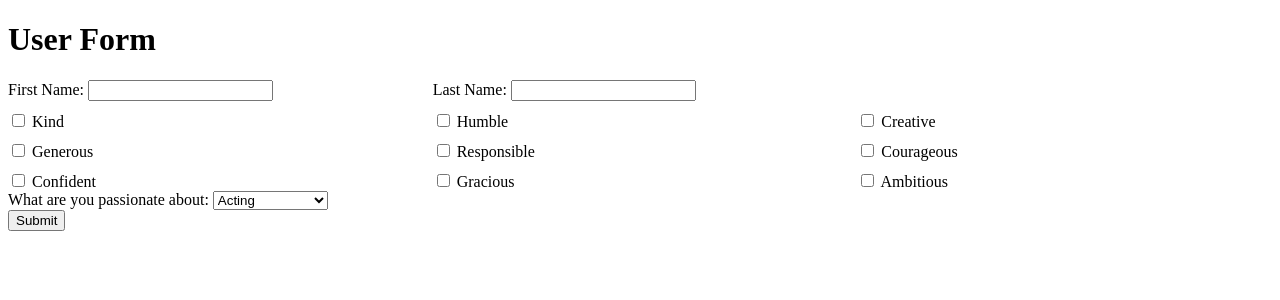
Repository: Chadloswald/Dis-Service
Page: docs/index.html
The author's editor kept a copy of each file at every save. The page is drawn from the files as they stood at one save, then again after the next save.
The browser window is 1280 px wide. The pictures show the whole page.

Above is the page before, as saved 2023-05-01 21:24:58.

### docs/index.html
<!DOCTYPE html>
<html>
<head>
	<title>Dis-Service</title>
	<link rel="stylesheet" type="text/css" href="styles.css">
	<script src="scripts.js"></script>
</head>
<body>
	<h1>User Form</h1>

	<form>
	<div id="checkbox-grid">
		<label>
			First Name:
			<input type="text" name="firstname" id="firstname">
		</label>
		<label>
			Last Name:
			<input type="text" name="lastname" id="lastname">
		</label>
		<br>
		<!-- ----------------------------------------- -->
		<label>
			<input type="checkbox" name="option1" value="cruel">
			Kind
		</label>
		<label>
			<input type="checkbox" name="option2" value="arrogant">
			Humble
		</label>
		<label>
			<input type="checkbox" name="option3" value="mundane">
			Creative
		</label>
		<label>
			<input type="checkbox" name="option4" value="greedy">
			Generous
		</label>
		<label>
			<input type="checkbox" name="option5" value="irressponsible">
			Responsible
		</label>
		<label>
			<input type="checkbox" name="option6" value="cowardly">
			Courageous
		</label>
		<label>
			<input type="checkbox" name="option7"value="insecure">
			Confident
		</label>
		<label>
			<input type="checkbox" name="option8" value="ungrateful">
			Gracious
		</label>
		<label>
			<input type="checkbox" name="option9" value="apathetic">
			Ambitious
		</label>
	</div>
		<!-- ------------------------------------------------- -->
		<label>
			What are you passionate about:
			<select id="dropdown">
				<option value="you on stage makes Kristen Stewart's performance in Twilight look Oscar worthy">Acting</option>
				<option value="we checked your chart and your big three are all in ugly">Astrology</option>
				<option value="the next time you get our your telescope I'm going to shine a flashlight right down the tube">Astronomy</option>
				<option value="that bottom is so soggy that Paul Hollywood would never shake your hand">Baking</option>
				<option value="I'm sure your 12 followers are just riveted">Blogging</option>
				<option value="option5">Calligraphy</option>
				<option value="option6">Ceramics</option>
				<option value="option7">Chess</option>
				<option value="option8">Collecting</option>
				<option value="it's called salt! Try using it sometime">Cooking</option>
				<option value="option10">Dancing</option>
				<option value="option10">Drawing</option>
				<option value="option10">Film-making</option>
				<option value="option10">Gardening</option>
				<option value="option10">Hiking</option>
				<option value="option10">Jewelry-making</option>
				<option value="option10">Knitting</option>
				<option value="option10">Meditation</option>
				<option value="option10">Music</option>
				<option value="option10">Painting</option>
				<option value="option10">Photography</option>
				<option value="option10">Playing sports</option>
				<option value="option10">Pottery</option>
				<option value="option10">Reading</option>
				<option value="option10">Running</option>
				<option value="option10">Singing</option>
				<option value="option10">Traveling</option>
				<option value="option10">Volunteering</option>
				<option value="option10">Woodworking</option>
				<option value="option10">Writing</option>
				<option value="option10">Yoga</option>
			</select>
		</label>
		<input type="submit" value="Submit" onclick="displayMessage()">
	</form>
</body>
</html>

### docs/styles.css
label {
	display: block;
}

#checkbox-grid {
	display: grid;
	grid-template-columns: repeat(3, 1fr);
	grid-gap: 10px;
  }

  #checkbox-grid label {
	display: block;
  }

### docs/scripts.js
function displayMessage() {
	// get the values of the input fields
	var firstname = document.getElementById("firstname").value;
	var lastname = document.getElementById("lastname").value;

	// get the values of the selected checkboxes
	var checkboxes = document.querySelectorAll('input[type="checkbox"]:checked');
	var selected = [];
	for (var i = 0; i < checkboxes.length; i++) {
		selected.push(checkboxes[i].value);
	}

	// get the value of the selected option in the dropdown menu
	var dropdown = document.getElementById("dropdown");
	var selectedOption = dropdown.options[dropdown.selectedIndex].value;

	// create an array of names
	var names = ["Smellward", "Poopington", "Fartsman", "Cheesewick", "McLoser", "Hoobitoob", "Cramsworth", "Plooperbum", "Frimblebim", "Feebrizz"];

	// randomly select two names from the array
	var randomIndex1 = Math.floor(Math.random() * names.length);
	var randomIndex2 = Math.floor(Math.random() * names.length);
	while (randomIndex1 === randomIndex2) {
		randomIndex2 = Math.floor(Math.random() * names.length);
	}
	var randomName1 = names[randomIndex1];
	var randomName2 = names[randomIndex2];

	// construct the message
	var message = "Hey " + firstname + " " + lastname + "! Here's a message to cheer you up! You are an " + selected.join(", ") + " little jerk, and " + selectedOption + ". \nYou have lost the right to use the name " + firstname + " " + lastname + ", you nerd. You will be henceforth known as " + randomName1 + " " + randomName2 + ". May shame follow your family for 1000 years.";

	// display the message in an alert box
	alert(message);
}

After the next save:
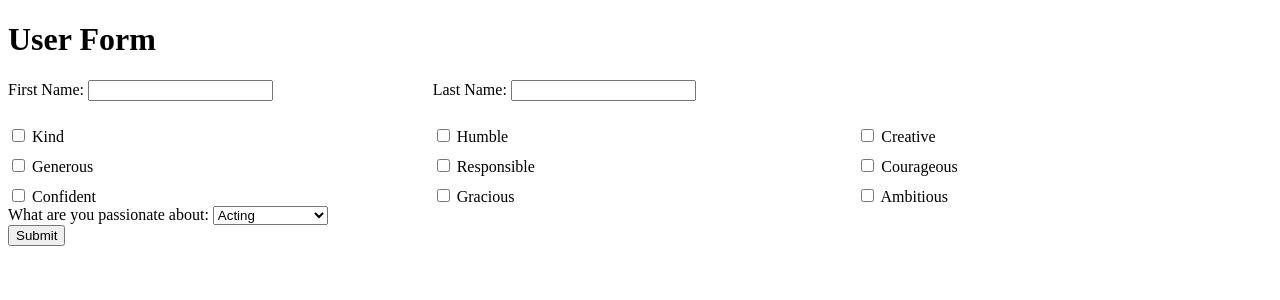
Saved 15 s later.
--- a/docs/index.html
+++ b/docs/index.html
@@ -18,7 +18,7 @@
 			Last Name:
 			<input type="text" name="lastname" id="lastname">
 		</label>
-		<br>
+		<br><br>
 		<!-- ----------------------------------------- -->
 		<label>
 			<input type="checkbox" name="option1" value="cruel">
